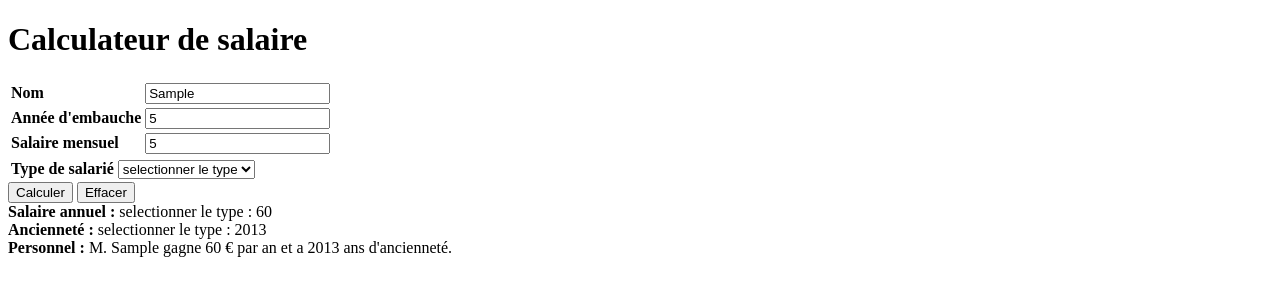
Repository: AgatheLM/formation_js
Page: insee-travaux-js/insee-client-js/tp2.html
An editor plug-in stored every save of this project. The page is shown before and after the next save, followed by the edit.
The browser window is 1280 px wide. The pictures show the whole page.
Empty fields were first filled with sample values (such as "Sample", 5 or name@example.com).
After loading, the first visible `input[onclick="calculer()"]` was clicked once.

Above is the page before, as saved 2018-01-25 11:34:07.

### insee-travaux-js/insee-client-js/tp2.html
<!DOCTYPE html>
<html>
<head>
	<meta charset="utf-8">
	<meta http-equiv="X-UA-Compatible" content="IE=edge">
	<title>TP 2</title>
	<script type="text/javascript" src="scripts/TP2/classe.js"></script>
	<script type="text/javascript" src="scripts/TP2/main.js"></script>
	<script type="text/javascript" src="scripts/TP2/utils.js"></script>
</head>

<body>
<h1> Calculateur de salaire</h1>
<form>
	<table>
		<tbody>
			<tr>
				<td> <label for="nom"> <strong> Nom </strong> </label></td>
				<td> <input type="text" id="nom" name="nom" value=""> </td>
			</tr>
			<tr>
				<td> <label for="anEmbauche"> <strong> Année d'embauche </strong> </label></td>
				<td> <input type="number" id="anEmbauche" name="anEmbauche" value=""> </td>
			</tr>
			<tr>
				<td> <label for="salaireM"> <strong> Salaire mensuel </strong> </label></td>
				<td> <input type="number" id="salaireM" name="salaireM" value=""> </td>
			</tr>
		</tbody>
	</table>
	<div id="divDev" style="display:none">
		<table>
			<tbody>
					<tr>
						<td> <label for="nbAppli"> <strong> Nombre d'applications </strong> </label></td>
						<td> <input type="number" id="nbAppli" name="nbAppli" value=""> </td>
					</tr>
					<tr>
						<td> <label for="note"> <strong> Note moyenne </strong> </label></td>
						<td> <input type="number" id="note" name="note" value=""> </td>
					</tr>
			</tbody>
		</table>
	</div>
	<div id="divCom" style="display:none">
		<table>
			<tbody>
					<tr>
						<td> <label for="pourcent"> <strong> Pourcentage (en %) </strong> </label></td>
						<td> <input type="number" id="pourcent" name="pourcent" value=""> </td>
					</tr>
					<tr>
						<td> <label for="caMoy"> <strong> Chiffre d'affaire moyen </strong> </label></td>
						<td> <input type="number" id="caMoy" name="caMoy" value=""> </td>
					</tr>
					<tr>
						<td> <label for="nbClient"> <strong> Nombre de clients </strong> </label></td>
						<td> <input type="number" id="nbClient" name="nbClient" value=""> </td>
					</tr>
				</tbody>
			</table>
	</div >
	<table>
		<tbody>
			<tr>
				<td> <label for="typeSalarie"> <strong>Type de salarié </strong> </label></td>
				<td><select name="typeSalarie" id="typeSalarie" onchange="methodeAfficheDiv()">
							<option value="none" selected="selected">selectionner le type </option>
							<option value="dev">Developpeur</option>
							<option value="com">Commercial</option>
					</select></td>
			</tr>
		</tbody>
	</table>

	<input type="button" value="Calculer" onClick="calculer()">
	<input type="reset" value="Effacer" onClick="effacer()"><br>

	<label for="salAn"> <strong> Salaire annuel : </strong> </label>
	<label id="salAn" name="salAn">  </label><br>
	<label for="anciennete"> <strong> Ancienneté :</strong> </label>
	<label id="anciennete" name="anciennete"> </label><br>
	<label for="persoString"> <strong> Personnel : </strong> </label>
	<label id="persoString" name="persoString"> </label><br>

</form>
</body>

### insee-travaux-js/insee-client-js/scripts/TP2/classe.js
/*******************************************************************************
 * Personnel *
 ******************************************************************************/

function Personnel(nom, anEmbauche, salaireM) {
	// Attributs
	this.nom = nom;
	this.anEmbauche = anEmbauche;
	this.salaireM = salaireM;
}

//Méthodes
Personnel.prototype.getSalaireA = function() {
	return 12 * this.salaireM;
}
Personnel.prototype.getAnciennete = function() {
	var today=new Date();
	var anneeEnCours = today.getFullYear();
	return anneeEnCours-this.anEmbauche;
}
Personnel.prototype.personnelToString = function() {
	return "M. "+this.nom +  " gagne " + this.getSalaireA() + " € par an et a "+this.getAnciennete()+" ans d'ancienneté.";
}

/*******************************************************************************
 * Developpeur *
 ******************************************************************************/

function Developpeur(nom, anEmbauche, salaireM, nbApp, note) {
	// Attributs parents
	Personnel.call(this, nom, anEmbauche, salaireM);
	// Attributs propres
	this.nbApp = nbApp;
	this.note = note;
}
Developpeur.prototype= new Personnel();
/*******************************************************************************
 * Commercial *
 ******************************************************************************/

function Commercial(nom, anEmbauche, salaireM, nbClient, caMoy, pourcent) {
	// Attributs parents
	Personnel.call(this, nom, anEmbauche, salaireM);
	// Attributs propres
	this.nbClient = nbClient;
	this.caMoy = caMoy;
	this.pourcent=pourcent;
}

//Méthodes
/**On instancie le fait que commercial est une instance de personnel pour pouvoire hériter des méthodes*/
Commercial.prototype= new Personnel();
Commercial.prototype.getSalaireA = function(){
	var salaireA = this.constructor.prototype.getSalaireA.call(this) + (this.caMoy*this.pourcent/100);
	return salaireA;
}

### insee-travaux-js/insee-client-js/scripts/TP2/main.js







// Cacher - afficher les div en fonction du select
 function methodeAfficheDiv(){
	 try{
		// Pour rempalcer le document.getElementById et rester en objet
		 var reader = new ElementReader();
		 //var div = document.getElementById("typeSalarie").value;
		 var div = reader.Select('typeSalarie');
		 if (div=="dev"){
			 document.getElementById("divDev").style.display="";
			 document.getElementById("divCom").style.display="none";
		 }else if (div=="com"){
			 document.getElementById("divDev").style.display="none";
			 document.getElementById("divCom").style.display="";
		 }else{
			 document.getElementById("divDev").style.display="none";
			 document.getElementById("divCom").style.display="none";
		 }

	 }catch(e){
		 console.log(e);
	 }
 }


 // Méthode de calcul
 function calculer(){
	 try{
		 var reader = new ElementReader();
		 var writer = new ElementWriter();
		 var type = reader.InputText("typeSalarie");
		 var typeSelect=document.getElementById("typeSalarie");
		 var labelType=typeSelect.options[typeSelect.selectedIndex].text;
		 var nom = reader.InputText("nom");
		 var anEmb = reader.InputText("anEmbauche");
		 var salM = reader.InputText("salaireM");
		 //Dev
		 var nbAppli = reader.InputText("nbAppli");
		 var note = reader.InputText("note");
		 //Com
		 var nbClient = reader.InputText("nbClient");
		 var pourcent = reader.InputText("pourcent");
		 var caMoy = reader.InputText("caMoy");
		 // Création de la personne selon le type
		 if (type=="dev"){
			 var p = new Developpeur(nom, anEmb, salM, nbAppli, note);
		 }else{
			 var p = new Commercial(nom, anEmb, salM, nbClient, pourcent, caMoy);
		 }
		 // Calculs
		 var salaireA = p.getSalaireA();
		 var anciennete = p.getAnciennete();
		 var persoString = p.personnelToString();
		 writer.Tag("salAn", labelType+ " : " + salaireA);
		 writer.Tag("anciennete", labelType+ " : " + anciennete);
		 writer.Tag("persoString", persoString);

	 }catch(e){
		 console.log(e);
	 }
 }

	 function effacer(){
		 try{
			 var writer = new ElementWriter();
			 document.getElementById("typeSalarie").value="none";
			 writer.Tag("salAn", "");
			 writer.Tag("anciennete", "");
			 writer.Tag("persoString", "");

		 }catch(e){
			 console.log(e);
		 }

 }

### insee-travaux-js/insee-client-js/scripts/TP2/utils.js
/*Pour les saisies*/
Number.prototype.formatMoney = function (c, d, t) {
      var n = this,
              c = isNaN(c = Math.abs(c)) ? 2 : c,
              d = d === undefined ? "." : d,
              t = t === undefined ? "," : t,
              s = n < 0 ? "-" : "",
              i = parseInt(n = Math.abs(+n || 0).toFixed(c)) + "",
              j = (j = i.length) > 3 ? j % 3 : 0;
      return s + (j ? i.substr(0, j) + t : "") + i.substr(j).replace(/(\d{3})(?=\d)/g, "$1" + t) + (c ? d + Math.abs(n - i).toFixed(c).slice(2) : "");
    }; // Source: http://stackoverflow.com/questions/149055/how-can-i-format-numbers-as-money-in-javascript

    function ElementReader() {
    this.InputText = function (idInput) {
        var input = document.getElementById(idInput);
        if (input === null) {
          return undefined;
        }
        return input.value;
      };
      this.InputCheckbox = function (idInput) {
        var input = document.getElementById(idInput);
        if (input === null) {
          return undefined;
        }
        return input.checked;
      };
      this.InputInt = function (idInput) {
        var input = document.getElementById(idInput);
        if (input === null) {
          return undefined;
        }
        return parseInt(input.value);
      };
      this.Select = function (idSelect) {
        var select = document.getElementById(idSelect);
        if (select === null) {
          return undefined;
        }
        var idx = select.selectedIndex;
        return select.options[idx].value;
      };
    }

    function ElementWriter() {
      this.Tag = function (idTag, value) {
        var tag = document.getElementById(idTag);
        if (tag !== null) {
          tag.innerHTML = value;
        }
      };
      this.TagCurrency = function (idTag, value) {
        this.Tag(idTag, value.formatMoney(2, ',', '&nbsp;') + '$');
      };
      this.hideElement = function (idTag) {
        var tag = document.getElementById(idTag);
        if (tag !== null) {
          tag.style.display = 'none';
        }
      };
      this.showElement = function (idTag) {
        var tag = document.getElementById(idTag);
        if (tag !== null) {
          tag.style.display = 'block';
        }
      };
      this.InputText = function (idTag, value) {
        var tag = document.getElementById(idTag);
        if (tag !== null) {
          tag.value = value;
        }
      };
      this.InputInt = function (idTag, value) {
        var tag = document.getElementById(idTag);
        if (tag !== null) {
          tag.value = value;
        }
      };
    }

After the next save:
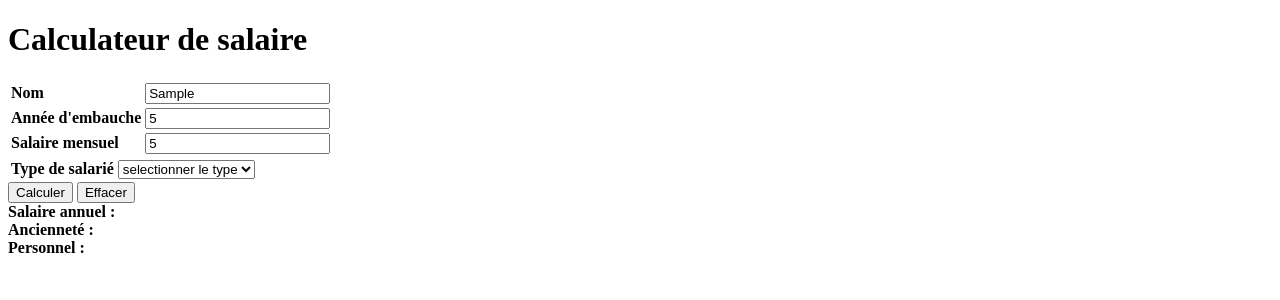
Console error: ReferenceError: ElementReader is not defined
Saved 3 min 6 s later.
--- a/insee-travaux-js/insee-client-js/scripts/TP2/main.js
+++ b/insee-travaux-js/insee-client-js/scripts/TP2/main.js
@@ -1,7 +1,8 @@
 
 
 
-
+	 var reader = new ElementReader();
+	var writer = new ElementWriter();
 
 
 
@@ -32,8 +33,7 @@
  // Méthode de calcul
  function calculer(){
 	 try{
-		 var reader = new ElementReader();
-		 var writer = new ElementWriter();
+
 		 var type = reader.InputText("typeSalarie");
 		 var typeSelect=document.getElementById("typeSalarie");
 		 var labelType=typeSelect.options[typeSelect.selectedIndex].text;
